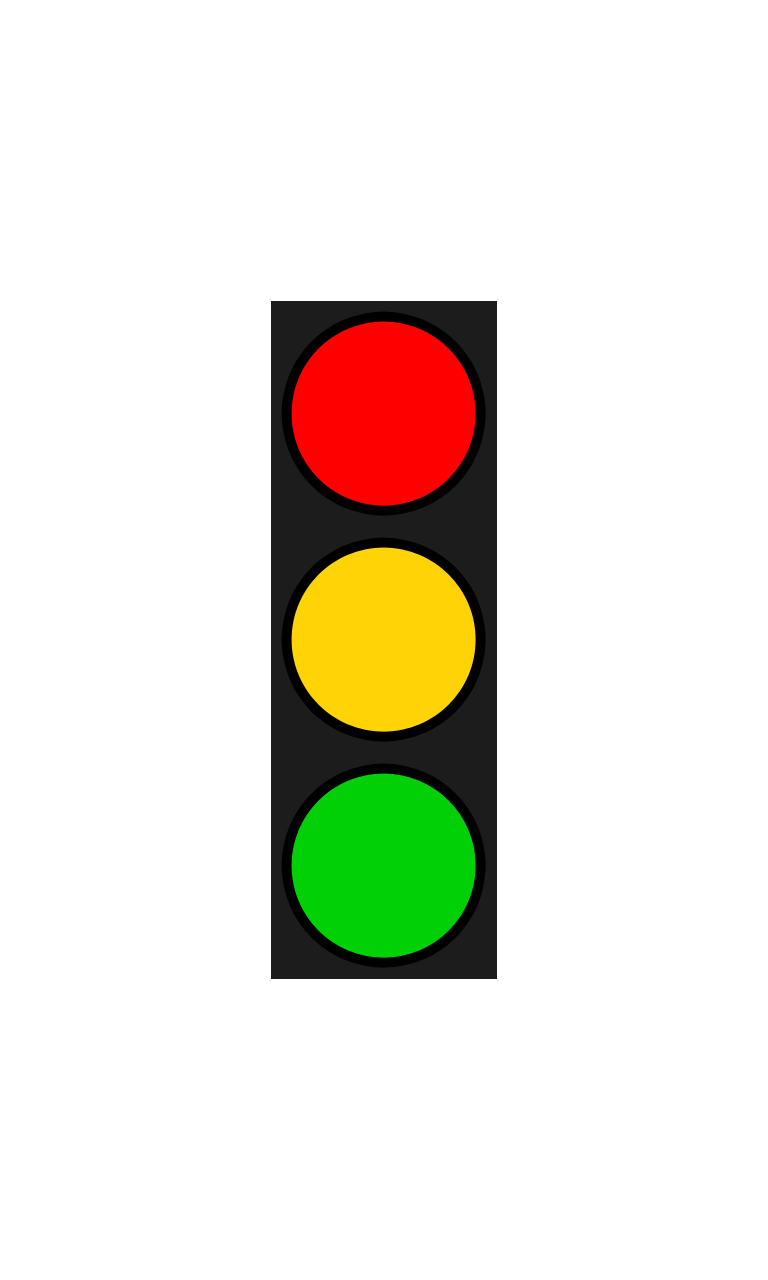
Repository: dalieu/UdemyAndroidDev
Layout: Traffic Lights/res/layout/traffic_lights.xml
The author's editor kept a copy of each file at every save. The layout is drawn from the files as they stood at one save, then again after the next save.
It is drawn on a 768 x 1280 px phone screen (xhdpi) without system bars, with theme android:Theme.Holo; the app's code is not run.

Above is the layout before, as saved 2014-09-09 07:07:15.

After the next save:
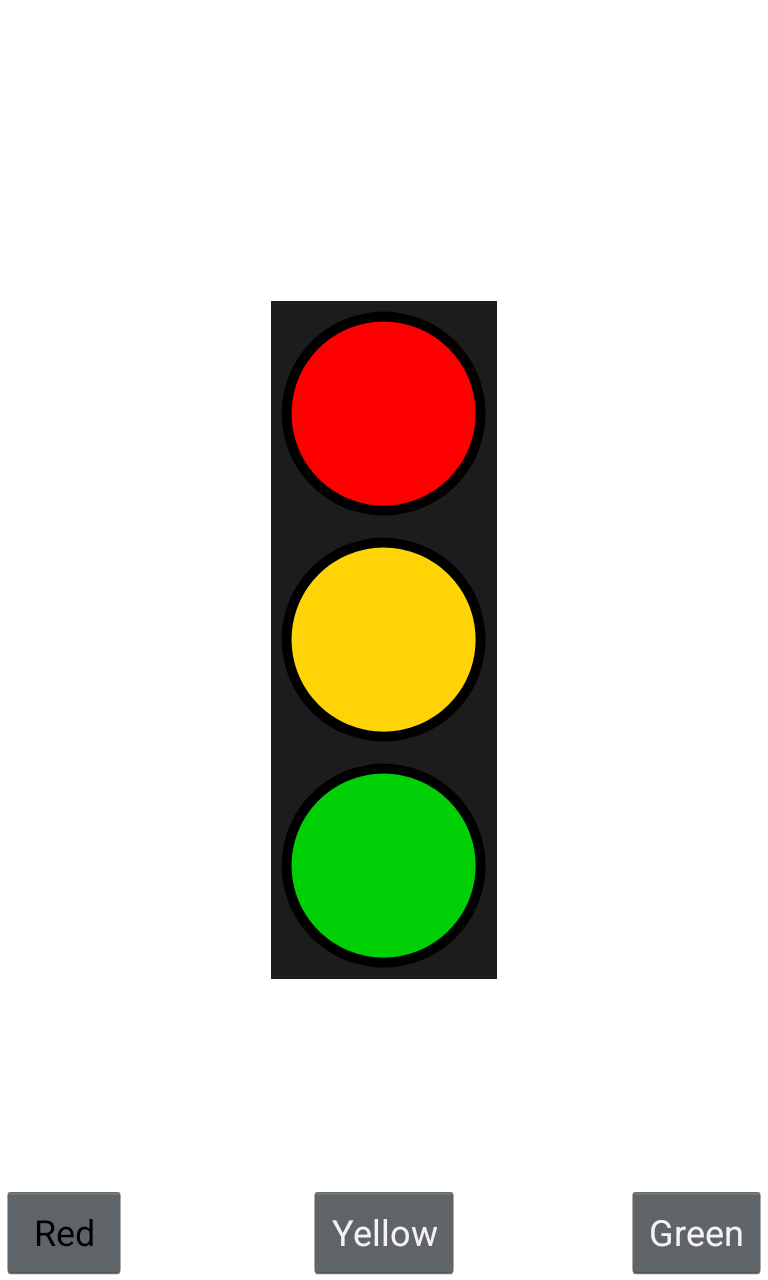
Saved 6 min 8 s later.
--- a/Traffic Lights/res/layout/traffic_lights.xml
+++ b/Traffic Lights/res/layout/traffic_lights.xml
@@ -28,4 +28,29 @@
         android:layout_centerHorizontal="true"
         android:src="@drawable/green_on" />
 
+    <Button
+        android:id="@+id/button1"
+        android:layout_width="wrap_content"
+        android:layout_height="wrap_content"
+        android:layout_alignParentBottom="true"
+        android:layout_alignParentLeft="true"
+        android:text="Red"
+        android:textColor="#ff000000" />
+
+    <Button
+        android:id="@+id/button2"
+        android:layout_width="wrap_content"
+        android:layout_height="wrap_content"
+        android:layout_alignParentBottom="true"
+        android:layout_centerHorizontal="true"
+        android:text="Yellow" />
+
+    <Button
+        android:id="@+id/button3"
+        android:layout_width="wrap_content"
+        android:layout_height="wrap_content"
+        android:layout_alignParentBottom="true"
+        android:layout_alignParentRight="true"
+        android:text="Green" />
+
 </RelativeLayout>
